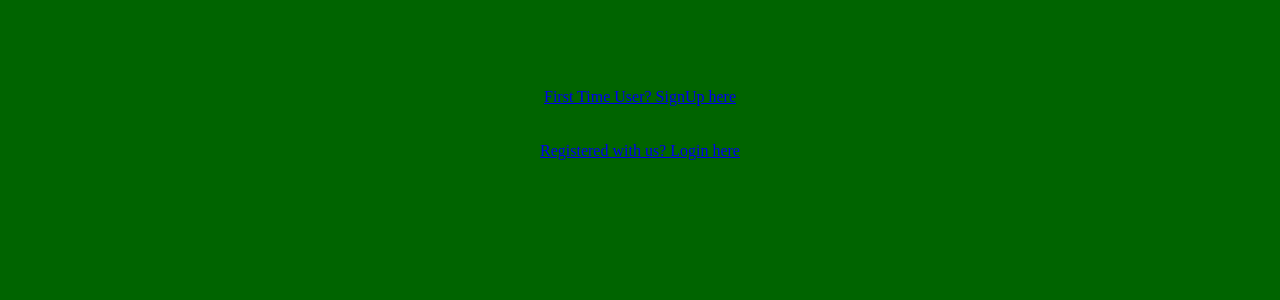
Repository: sultanaNargis03/IndustryReadyJavaSpringBoot
Page: Servlet/workspace/Learningportal/src/main/webapp/index.html
An editor plug-in stored every save of this project. The page is shown before and after the next save, followed by the edit.
The browser window is 1280 px wide. The pictures show the whole page.

Above is the page before, as saved 2023-12-07 15:13:08.

After the next save:
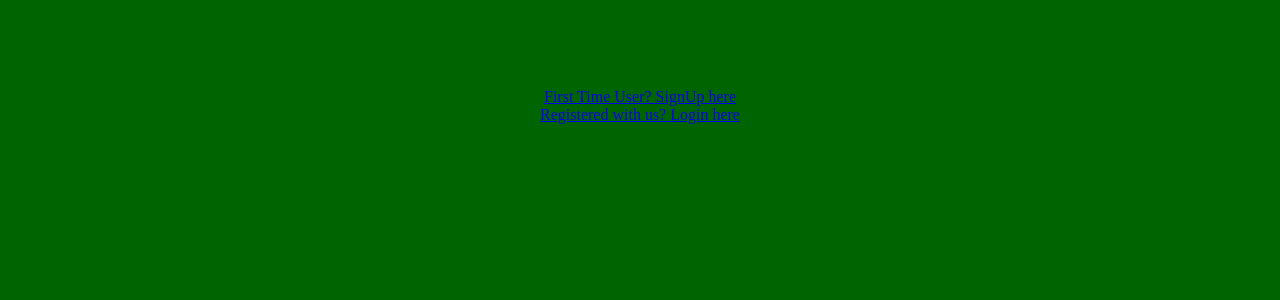
Saved 23 s later.
--- a/Servlet/workspace/Learningportal/src/main/webapp/index.html
+++ b/Servlet/workspace/Learningportal/src/main/webapp/index.html
@@ -6,7 +6,7 @@
 </head>
 <body style="text-align: center" bgcolor="darkgreen">
 <h1><marquee>Welcome to our App</marquee></h1>
-<a href='register.html'>First Time User? SignUp here</a><br/><br/><br/>
+<a href='register.html'>First Time User? SignUp here</a><br/>
 <a href='login.html'>Registered with us? Login here</ahref='register.html'>
 </body>
 </html>
